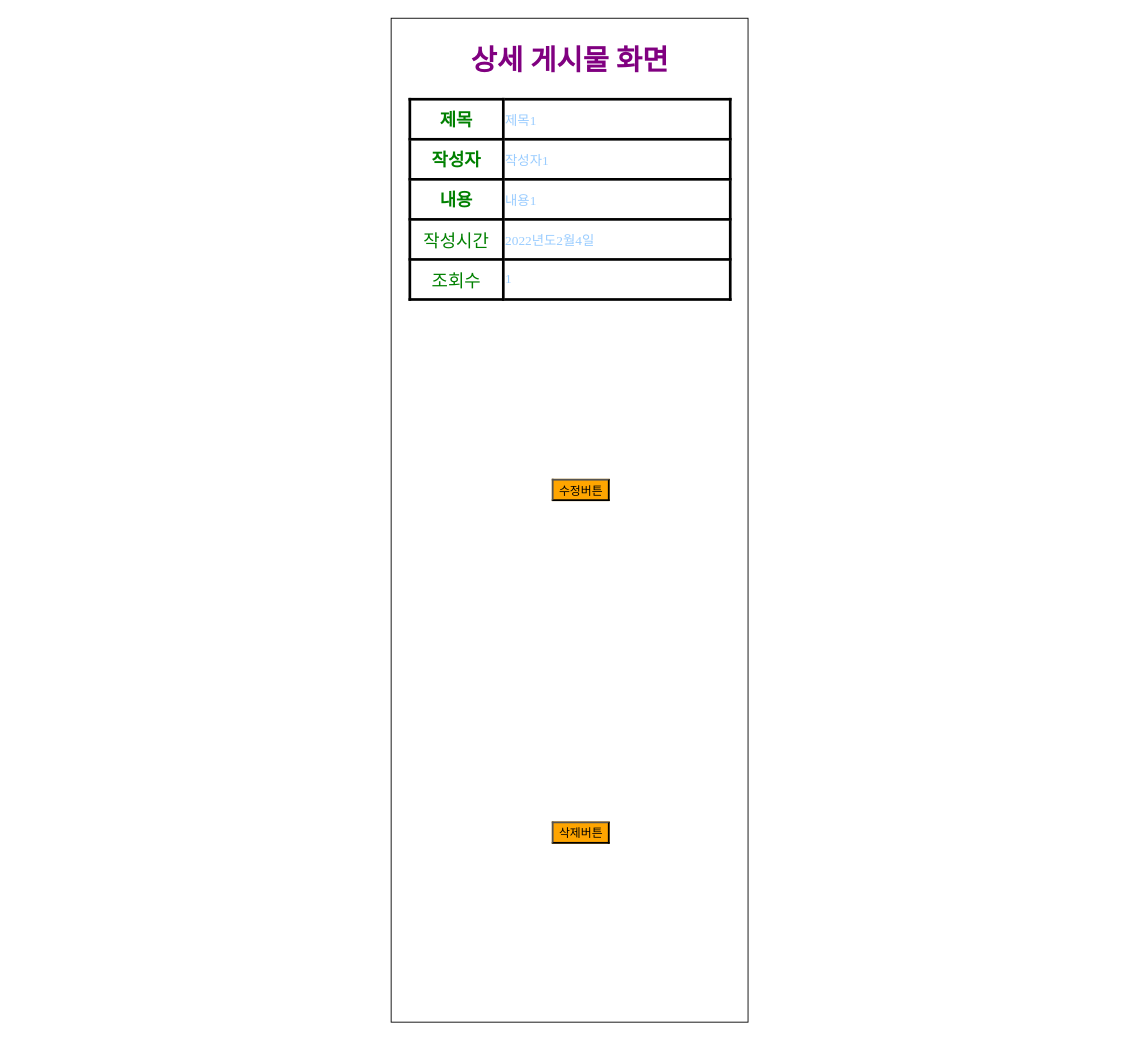
Repository: Kray273/JSLab
Page: css/src/main/webapp/Day97/boardcontents.html
An editor plug-in stored every save of this project. The page is shown before and after the next save, followed by the edit.
The browser window is 1280 px wide. The pictures show the whole page, at 89% of full size.

Above is the page before, as saved 2022-11-25 10:06:43.

After the next save:
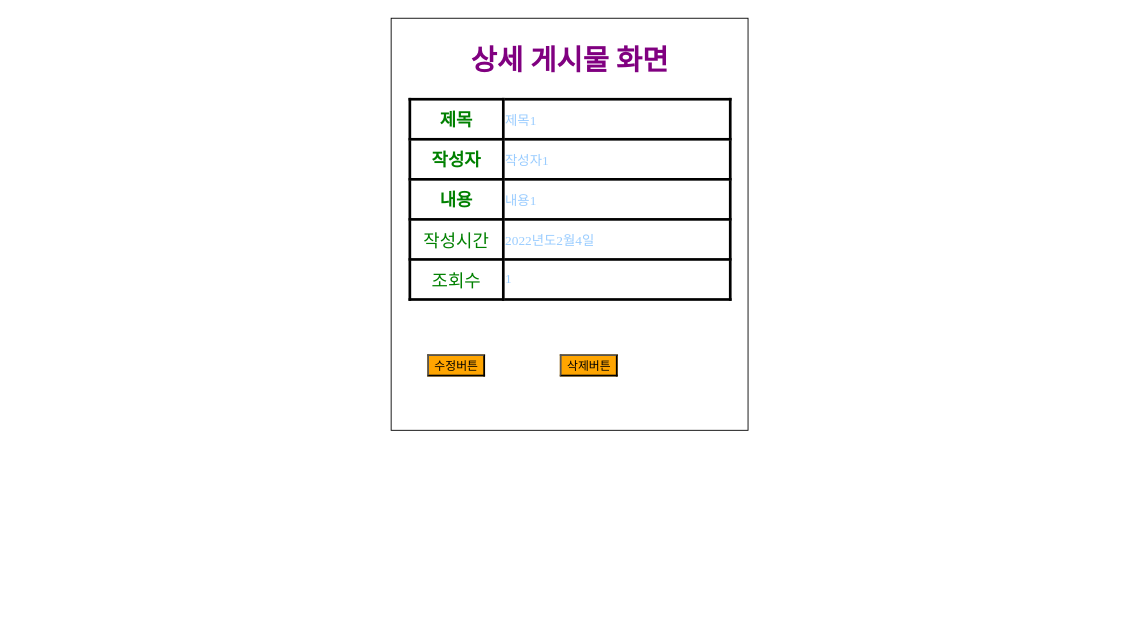
Saved 17 s later.
--- a/css/src/main/webapp/Day97/boardcontents.html
+++ b/css/src/main/webapp/Day97/boardcontents.html
@@ -40,11 +40,11 @@
 	}
 	#buttonL {
 		background-color: orange;
-		margin: 45%;
+		margin: 10%;
 	}
 	#buttonR {
 		background-color: orange;
-		margin: 45%;
+		margin: 10%;
 	}
 
 </style>
